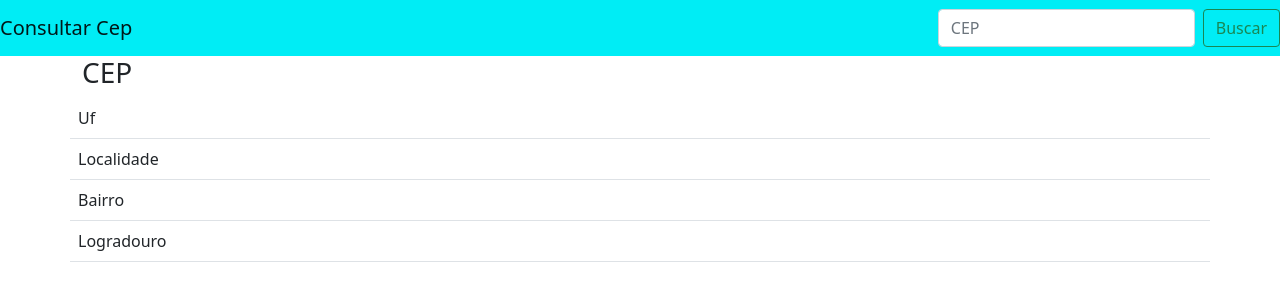
Repository: ViniciusCMS/StudyJquerry
Page: index.html
The author's editor kept a copy of each file at every save. The page is drawn from the files as they stood at one save, then again after the next save.
The browser window is 1280 px wide. The pictures show the whole page.

Above is the page before, as saved 2021-11-26 11:35:18.

### index.html
<!DOCTYPE html>
<html lang="pt-br">
<head>
    <meta charset="UTF-8">
    <meta http-equiv="X-UA-Compatible" content="IE=edge">
    <meta name="viewport" content="width=device-width, initial-scale=1.0">
    <title>StudyJquery</title>
    <script type="text/javascript" src="js/jquery-3.6.0.min.js"></script>
    <script type="text/javascript" src="js/main.js"></script>
    <link rel="stylesheet" type="text/css" href="bootstrap/css/bootstrap.min.css">
</head>
<body>
   <nav class="navbar navbar-light" style="background-color: #00edf5;">
    <a class="navbar-brand">Consultar Cep</a>
      <div class="d-flex">
        <input class="form-control me-2" type="search" placeholder="CEP" id="cep">
        <button class="btn btn-outline-success" type="submit" onclick="consultaCep()">Buscar</button>
      </div>
    </nav>

    <div class="container">
        <div class="row">
            <h3 id="cepTitulo">CEP</h3>
        </div>
        <div class="row">

            <table class="table">
                <tbody>
                    <tr>
                        <td>Uf</td>
                        <td id="uf"></td>
                    </tr>
                    <tr>
                        <td>Localidade</td>
                        <td id="localidade"></td>
                    </tr>
                    <tr>
                        <td>Bairro</td>
                        <td id="bairro"></td>
                    </tr>
                    <tr>
                        <td>Logradouro</td>
                        <td id="logradouro"></td>
                    </tr>

                </tbody>
            </table>

        </div>

    </div>


    <!--<input id="cep">
    <button type="button" onclick="consultaCep()">Consultar</button>
    <p id="uf"></p>
    <p id="localidade"></p>
    <p id="logradouro"></p>
    <p id="bairro"></p>-->
</body>
</html>

### js/main.js
function consultaCep() {

    var cep = document.getElementById("cep").value;
    var url = "https://viacep.com.br/ws/" + cep + "/json/";

    console.log(url)

    $.ajax({
        url: url,
        type: "GET",
        success: function(response){
            console.log(response);

            $("#uf").html(response.uf);
            $("#localidade").html(response.localidade);
            $("#bairro").html(response.bairro);
            $("#logradouro").html(response.logradouro);
            $("#cepTitulo").html("CEP: " + response.cep);

            /*document.getElementById("uf").innerHTML = response.uf;
            document.getElementById("localidade").innerHTML = response.localidade;
            document.getElementById("logradouro").innerHTML = response.logradouro;
            document.getElementById("bairro").innerHTML = response.bairro;*/
        }

    })
}

Loaded but not shown: js/jquery-3.6.0.min.js (library); bootstrap/css/bootstrap.min.css (library)

After the next save:
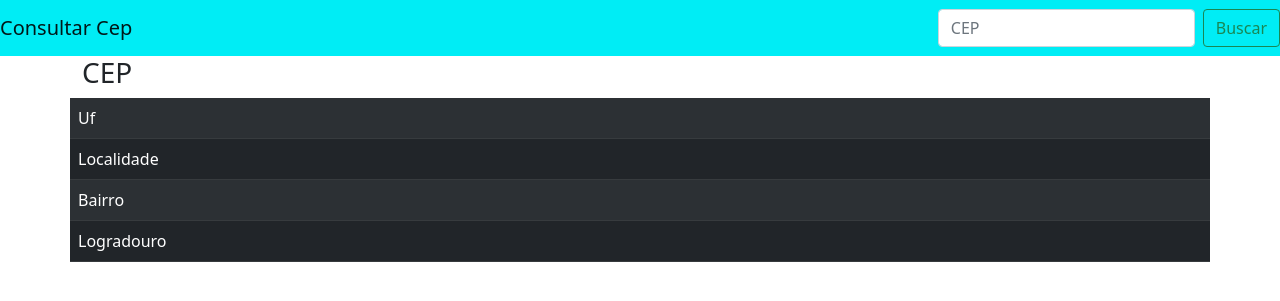
Saved 44 s later.
--- a/index.html
+++ b/index.html
@@ -24,7 +24,7 @@
         </div>
         <div class="row">
 
-            <table class="table">
+            <table class="table table-dark table-striped">
                 <tbody>
                     <tr>
                         <td>Uf</td>

After the 3 saves that followed:
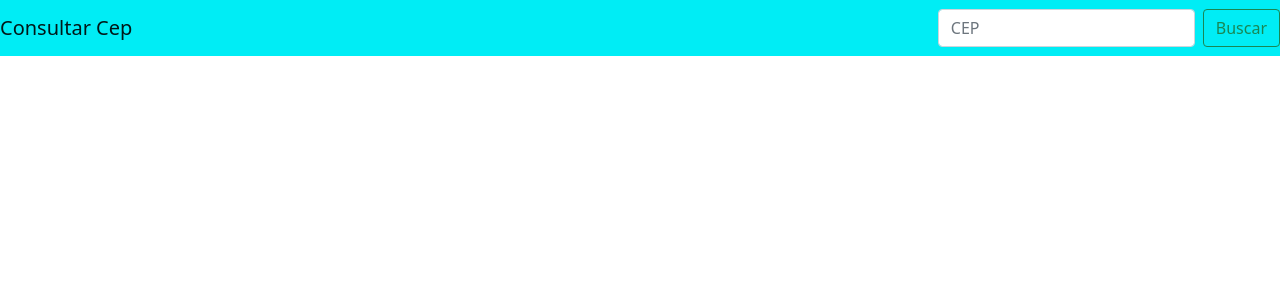
The 3 saves are shown as one change because 2 left the picture as it was.
The last was saved 5 min 45 s later.
--- a/index.html
+++ b/index.html
@@ -18,7 +18,7 @@
       </div>
     </nav>
 
-    <div class="container">
+    <div class="container cep">
         <div class="row">
             <h3 id="cepTitulo">CEP</h3>
         </div>
--- a/js/main.js
+++ b/js/main.js
@@ -24,4 +24,8 @@ function consultaCep() {
         }
 
     })
-}
+};
+
+$(function(){
+    $(".cep").hide();
+});
